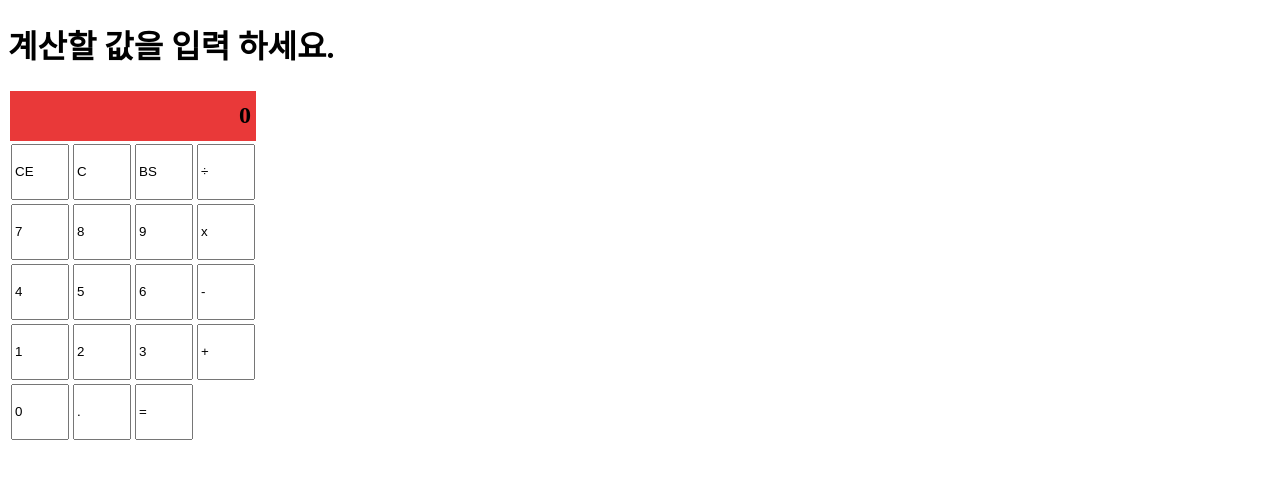
Repository: soyamilk0705/spring-newlecture
Page: ServeltAndJsp/JSPPrj/WebContent/calc3.html
An editor plug-in stored every save of this project. The page is shown before and after the next save, followed by the edit.
The browser window is 1280 px wide. The pictures show the whole page.

Above is the page before, as saved 2024-01-13 12:59:24.

### ServeltAndJsp/JSPPrj/WebContent/calc3.html
<!DOCTYPE html>
<html>
<head>
<meta charset="UTF-8">
<title>Insert title here</title>
<style>
input{
	width: 50px;
	height: 50px;
}
.output{
	height: 50px;
	background: #e93939;
	font-size: 24px;
	font-weight: bold;
	text-align: right;
	padding: 0px 5px;
}
</style>
</head>
<body>
	<h1>계산할 값을 입력 하세요.</h1>
	<form action="/calc3" method="post">
		<table>
			<tr>
				<td class="output" colspan="4">0</td>
			</tr>
			<tr>
				<td><input type="" name="" value="CE" /></td>
				<td><input type="" name="" value="C" /></td>
				<td><input type="" name="" value="BS" /></td>
				<td><input type="" name="" value="÷" /></td>
			</tr>
			<tr>
				<td><input type="" name="" value="7" /></td>
				<td><input type="" name="" value="8" /></td>
				<td><input type="" name="" value="9" /></td>
				<td><input type="" name="" value="x" /></td>
			</tr>
			<tr>
				<td><input type="" name="" value="4" /></td>
				<td><input type="" name="" value="5" /></td>
				<td><input type="" name="" value="6" /></td>
				<td><input type="" name="" value="-" /></td>
			</tr>
			<tr>
				<td><input type="" name="" value="1" /></td>
				<td><input type="" name="" value="2" /></td>
				<td><input type="" name="" value="3" /></td>
				<td><input type="" name="" value="+" /></td>
			</tr>
			<tr>
				<td><input type="" name="" value="0" /></td>
				<td><input type="" name="" value="." /></td>
				<td><input type="" name="" value="=" /></td>
			</tr>
		</table>
	</form>
</body>
</html>

After the next save:
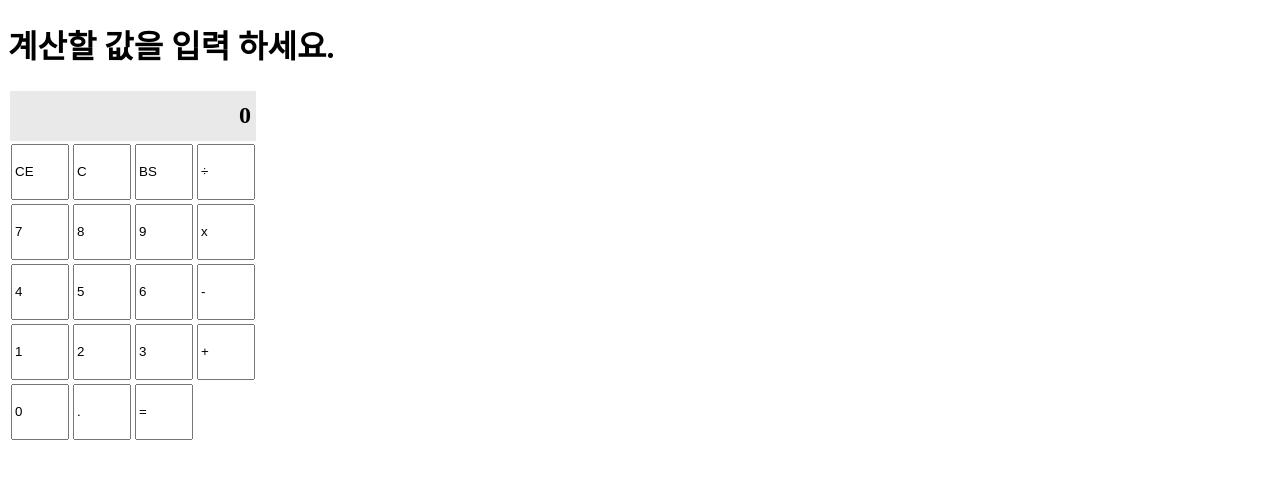
Saved 13 s later.
--- a/ServeltAndJsp/JSPPrj/WebContent/calc3.html
+++ b/ServeltAndJsp/JSPPrj/WebContent/calc3.html
@@ -10,7 +10,7 @@ input{
 }
 .output{
 	height: 50px;
-	background: #e93939;
+	background: #e9e9e9;
 	font-size: 24px;
 	font-weight: bold;
 	text-align: right;
